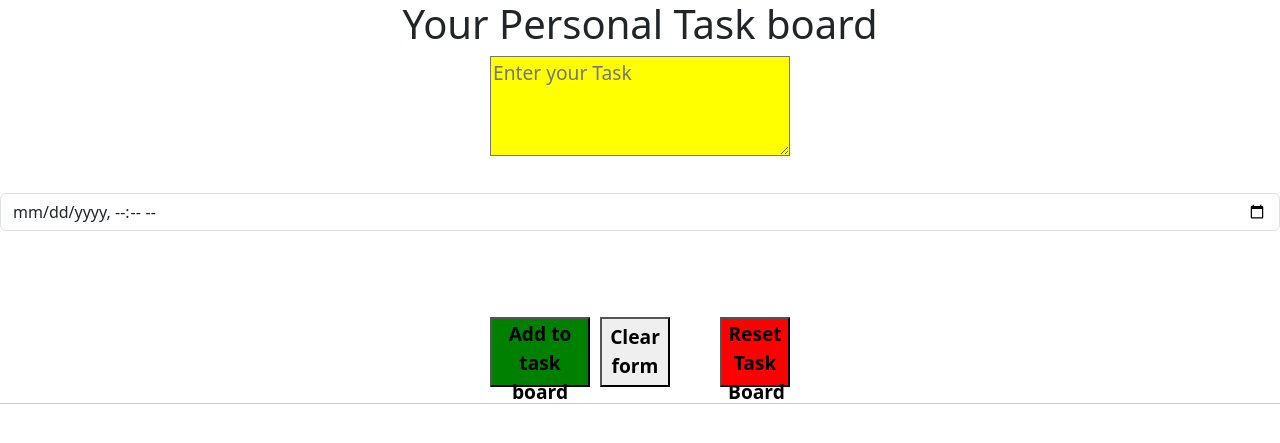
Repository: noamsabb/TaskBoard
Page: index.html
An editor plug-in stored every save of this project. The page is shown before and after the next save, followed by the edit.
The browser window is 1280 px wide. The pictures show the whole page.

Above is the page before, as saved 2025-04-10 10:31:50.

### index.html
<!DOCTYPE html>
<html lang="en">
  <head>
    <meta charset="UTF-8" />
    <meta name="viewport" content="width=device-width, initial-scale=1.0" />
    <title>Document</title>

    <script defer src="main.js"></script>

    <link rel="stylesheet" href="style.css" />
    <link href="https://cdn.jsdelivr.net/npm/bootstrap@5.3.5/dist/css/bootstrap.min.css" rel="stylesheet">

  </head>

  <body>
    <h1>Your Personal Task board</h1>
    <form onsubmit="addTodo()" method="dialog">
      <textarea
        id="taskTextBox"
        placeholder="Enter your Task"
        required
      ></textarea>
      <br /><br />

      <input type="datetime-local" class="form-control" id="timeTextBox" required />
      <br />
      <span id="timeMessageBox"></span>
      <br /><br />

      <!-- <label>Enter TODO Task: </label>
        <textarea id="taskTextBox" required></textarea>
        <br><br>

        <label>Enter Date & Time: </label>
        <input type="datetime-local" id= "timeTextBox" required>
        <br>
        <span id="timeMessageBox"></span>
        <br><br> -->
      <div class="buttonContainer">
        <button id="addButton">Add to task board</button>
        <button type="reset" id="clearButton">Clear form</button>
        <button onclick="resetTaskBoard()" id="resetButton"> Reset Task Board </button>
      </div>

    </form>

    <hr />
    <div id="containerDiv"></div>
  </body>
</html>

### main.js
"use strict";
let todoList = [];

document.addEventListener("DOMContentLoaded", function () {
  loadTodoList();
  displayTodoList();
});

const taskTextBox = document.getElementById("taskTextBox");
const timeTextBox = document.getElementById("timeTextBox");
const containerDiv = document.getElementById("containerDiv");

function addTodo() {
  if(pushTodo()=== 0) return;
  displayTodoList();
  clearForm();
}


function pushTodo() {
  const task = taskTextBox.value;
  const time = timeTextBox.value;

  let isLegal = checkLegalTime(time);
  if (!checkLegalTime(time)) {
    illegalTime();
    return 0;
  }
  let formattedTime = time
    .replace("T", "<br>")
    .replace(/-/g, "/")
    .replace("202", "2");
  const todo = { task, formattedTime };
  todoList.push(todo);
  saveTodoList();
  return 1;
}

function illegalTime() {
  const timeMessageBox = document.getElementById("timeMessageBox");

  timeMessageBox.style.background = "red";
  timeMessageBox.style.color = "white";
  timeMessageBox.style.opacity = 0.5;
  timeMessageBox.innerHTML = "Can't schedule a task for a previous date";
  setTimeout(() => {
    timeMessageBox.innerHTML = "";
    timeMessageBox.style.background = "";
    timeMessageBox.style.color = "";
  }, 4500);
}

function displayTodoList() {
  let html = "";

  for (let i = 0; i < todoList.length; i++) {
    const card = `
            <div class="card">
                <span onclick="deleteMe(${i})"> ❌ </span>
                <div class= "taskDiv">${todoList[i].task}</div>
                <div class= "timeDiv">${todoList[i].formattedTime}</div>
            </div>
        `;
    html += card;
  }
  containerDiv.innerHTML = html;
}

function deleteMe(index) {
  todoList.splice(index, 1);
  displayTodoList();
  saveTodoList();
}

function clearForm() {
  taskTextBox.value = "";
  timeTextBox.value = "";
  taskTextBox.focus();
}

function saveTodoList() {
  const json = JSON.stringify(todoList);
  localStorage.setItem("toDoList", json);
}
function loadTodoList() {
  const json = localStorage.getItem("toDoList");
  if (json) {
    todoList = JSON.parse(json);
  }
}

function checkLegalTime(time) {
  let actualTime = new Date();
  let taskTimeConverted = new Date(time);

  if (taskTimeConverted < actualTime) {
    return false;
  }
  return true;
}

### style.css
.html{
    background-image: url(assets/corkBoard-Backgound.jpg) ;
    background-size: cover;
    background-repeat: no-repeat;
}


#containerDiv {
    display: flex;
    flex-wrap: wrap;
}

.card {
    margin: 10px;
    padding: 15px;
    width:100px;
    height:160px;
    position: relative;
    background-image: url('assets/PostIt.png');
    background-size: cover;
    background-repeat: no-repeat;
    background-position: center;
}

.card > span {
    position: absolute;
    right: 5px;
    top: 5px;
    cursor: pointer;
    margin-top: 25px;
}

textarea{
    width: 300px;
    height: 100px;
    background-color: yellow;
}

.taskDiv{
    margin-top: 30px;
    /* border: solid black; */
    width: 100px;
    height: 70px;
    overflow: scroll;
}
.timeDiv{
    margin-top: 10px;
    font-size: small;
}

h1{
    text-align: center;
}

form{
    text-align: center;
    font-size: larger;
    font-weight: bold;
}

#resetButton{
    background-color: red;
    font-weight: bolder;
    margin-left: 50px;
    width: 70px;
    height: 70px;
    display: inline-block;
}
#resetButton:hover {
    background-color: darkred;
  }

#addButton{
    width: 100px;
    height: 70px;
    background-color: green;
    display: inline-block;
    font-weight: bold;
}
#addButton:hover {
    background-color: darkgreen;
  }

#clearButton{
    width: 70px;
    height: 70px;
    margin-left: 10px;
    display: inline-block;
    font-weight: bold;
}


.buttonContainer{
    display: flex;
    justify-content: center;
}

After the next save:
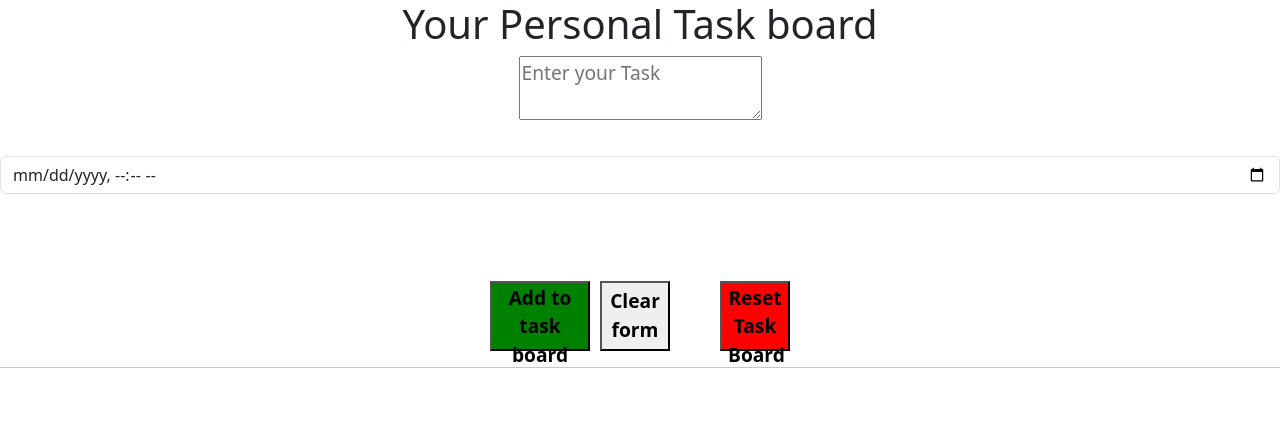
Saved 9 s later.
--- a/style.css
+++ b/style.css
@@ -30,7 +30,7 @@
     margin-top: 25px;
 }
 
-textarea{
+.textarea{
     width: 300px;
     height: 100px;
     background-color: yellow;
